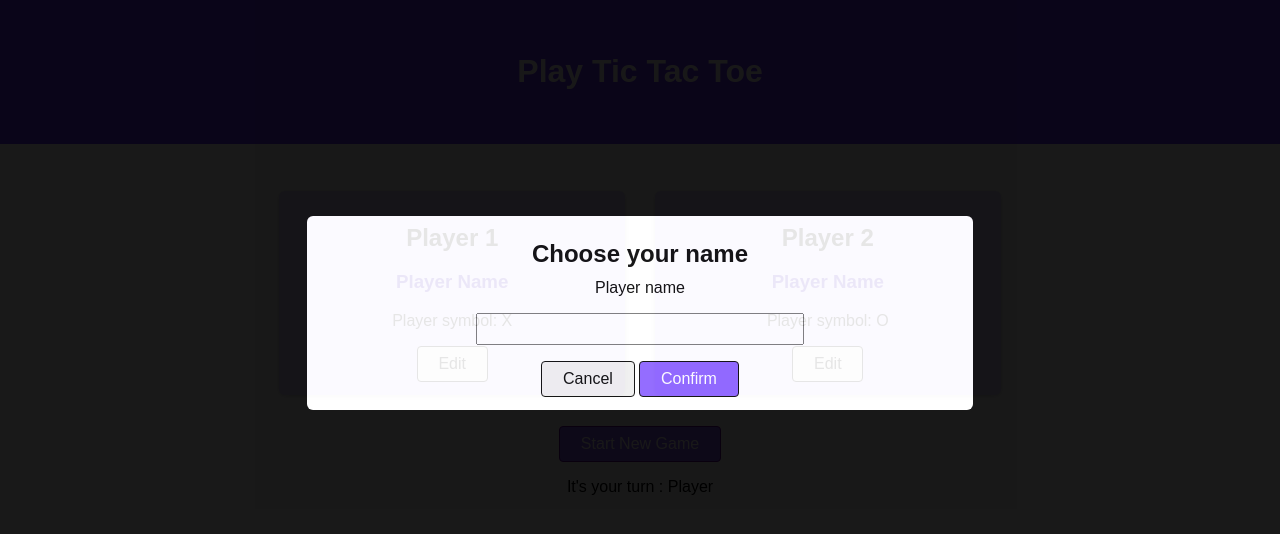
Repository: Harjot00/Wevdev
Page: Tic tac toe/index.html
The author's editor kept a copy of each file at every save. The page is drawn from the files as they stood at one save, then again after the next save.
The browser window is 1280 px wide. The pictures show the whole page.
Some web fonts or font styles are not loaded; a fallback is used.

Above is the page before, as saved 2022-05-21 23:11:14.

After the next save:
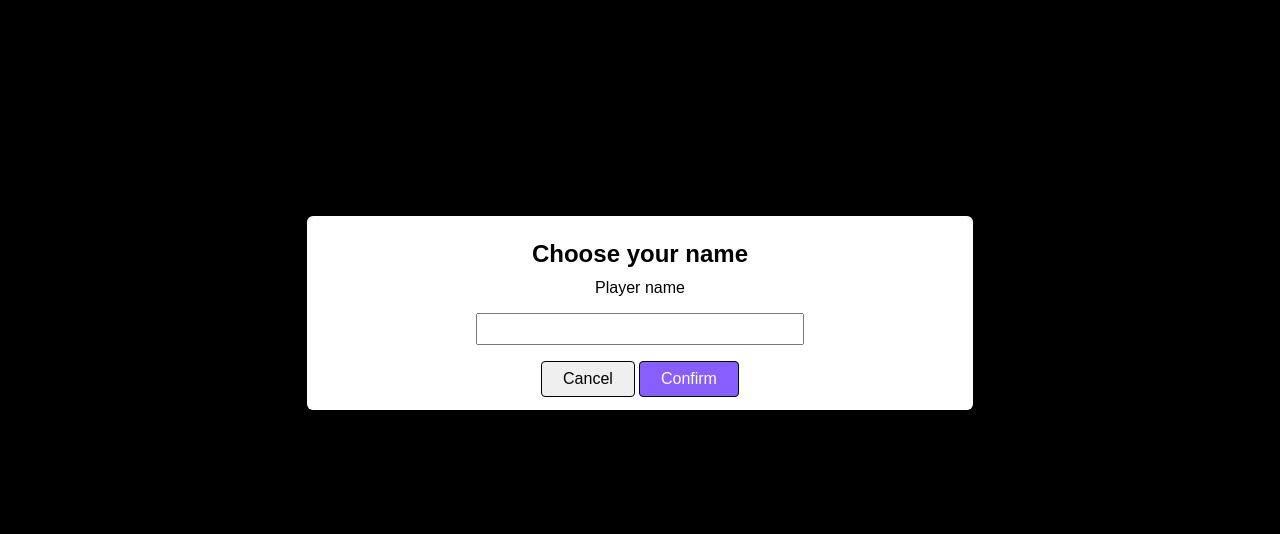
Saved 49 s later.
--- a/Tic tac toe/styles.css
+++ b/Tic tac toe/styles.css
@@ -19,7 +19,7 @@ aside {
     position:absolute;
     top:0;
     left:0;
-    opacity: 0.9;
+    opacity: 1;
 
 }
  #curtain{
@@ -31,7 +31,6 @@ aside {
     width:50%;
     position:relative;
     top:30%;
-    opacity: 1;
 
 }
 

After the save that followed:
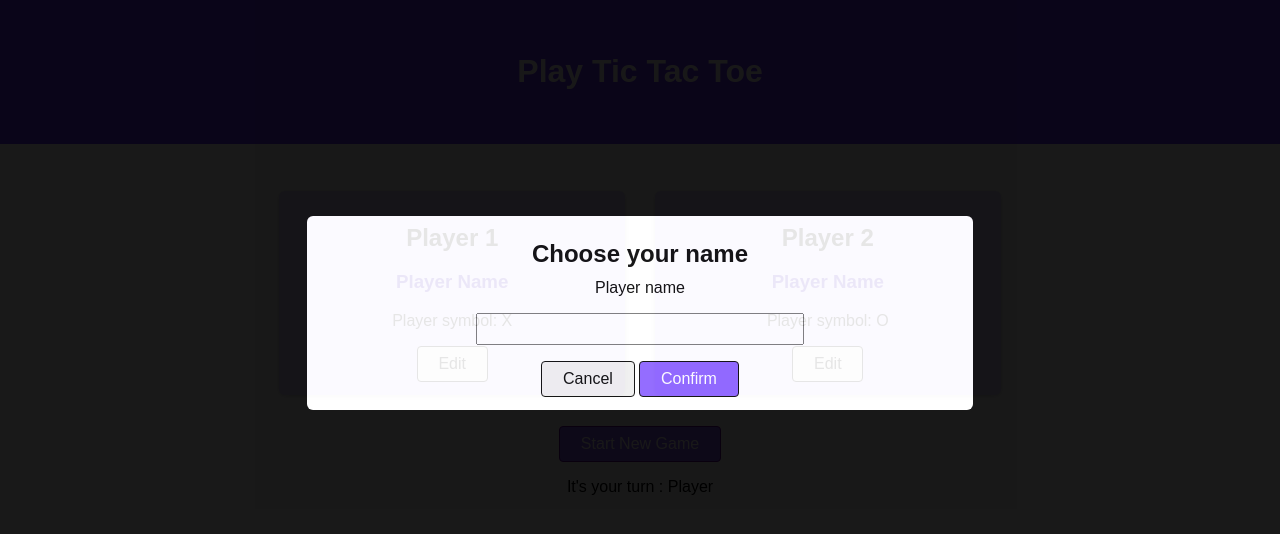
Saved 37 s later.
--- a/Tic tac toe/styles.css
+++ b/Tic tac toe/styles.css
@@ -19,7 +19,7 @@ aside {
     position:absolute;
     top:0;
     left:0;
-    opacity: 1;
+    opacity: 0.9;
 
 }
  #curtain{
